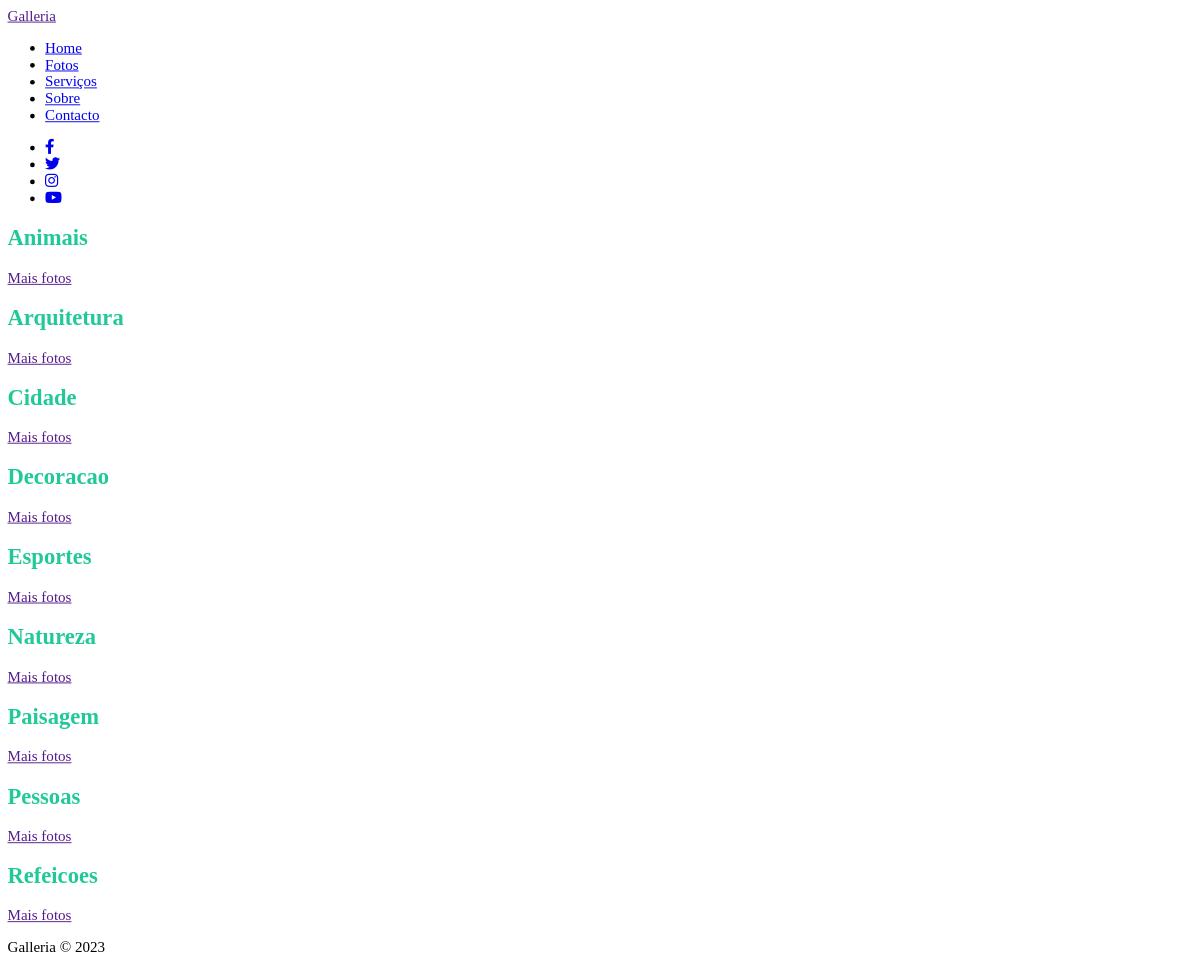
Repository: AghastyGD/gallery-sass
Page: index.html
The author's editor kept a copy of each file at every save. The page is drawn from the files as they stood at one save, then again after the next save.
The browser window is 1280 px wide. The pictures show the whole page, at 94% of full size.
The style sheet was rebuilt from its Sass, Less or Tailwind sources for each picture, by a compiler version that may differ from the author's.

Above is the page before, as saved 2023-10-13 17:58:49.

After the next save:
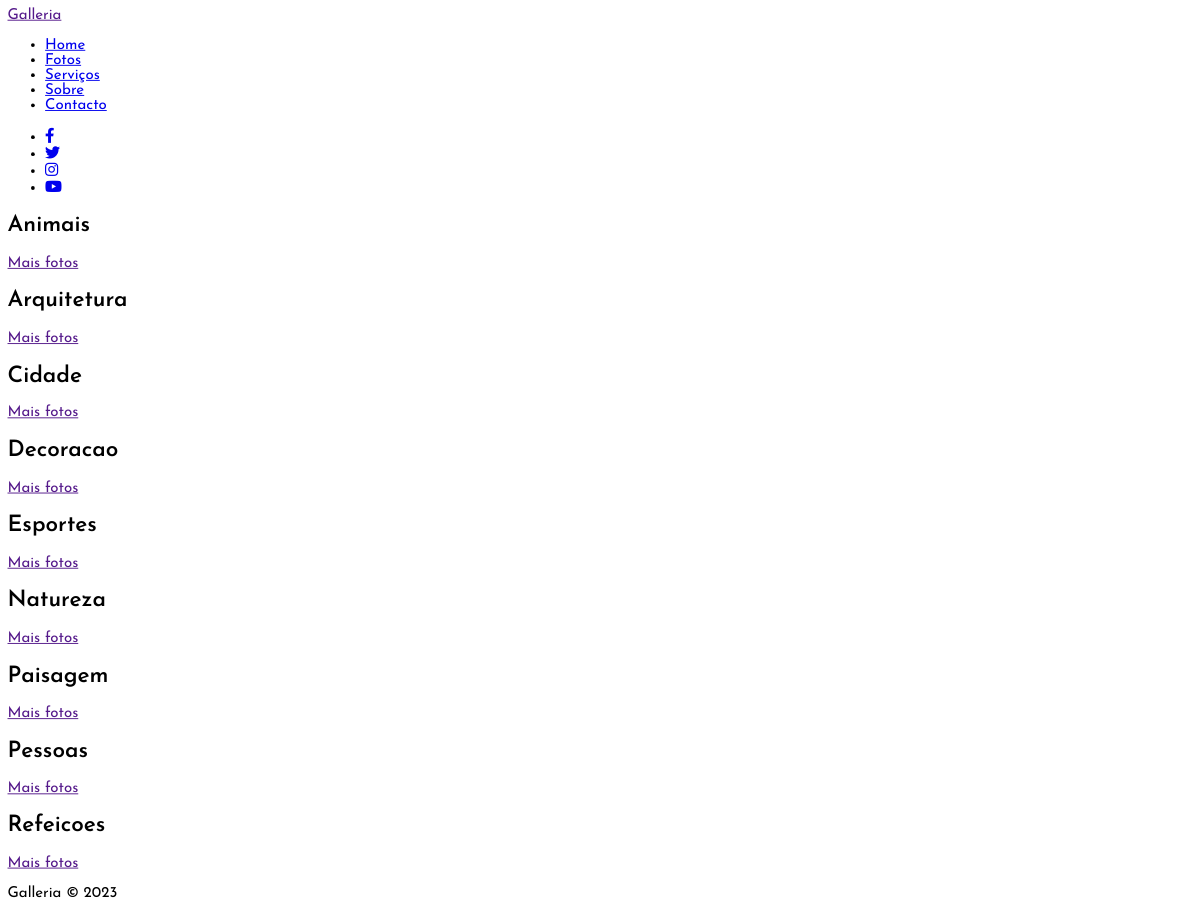
Saved 74 s later.
--- a/sass/styles.sass
+++ b/sass/styles.sass
@@ -1,4 +1,4 @@
 @use 'variables'
 
-h2
-  color: variables.$secondary-color
+*
+  font-family: 'Josefin Sans'
